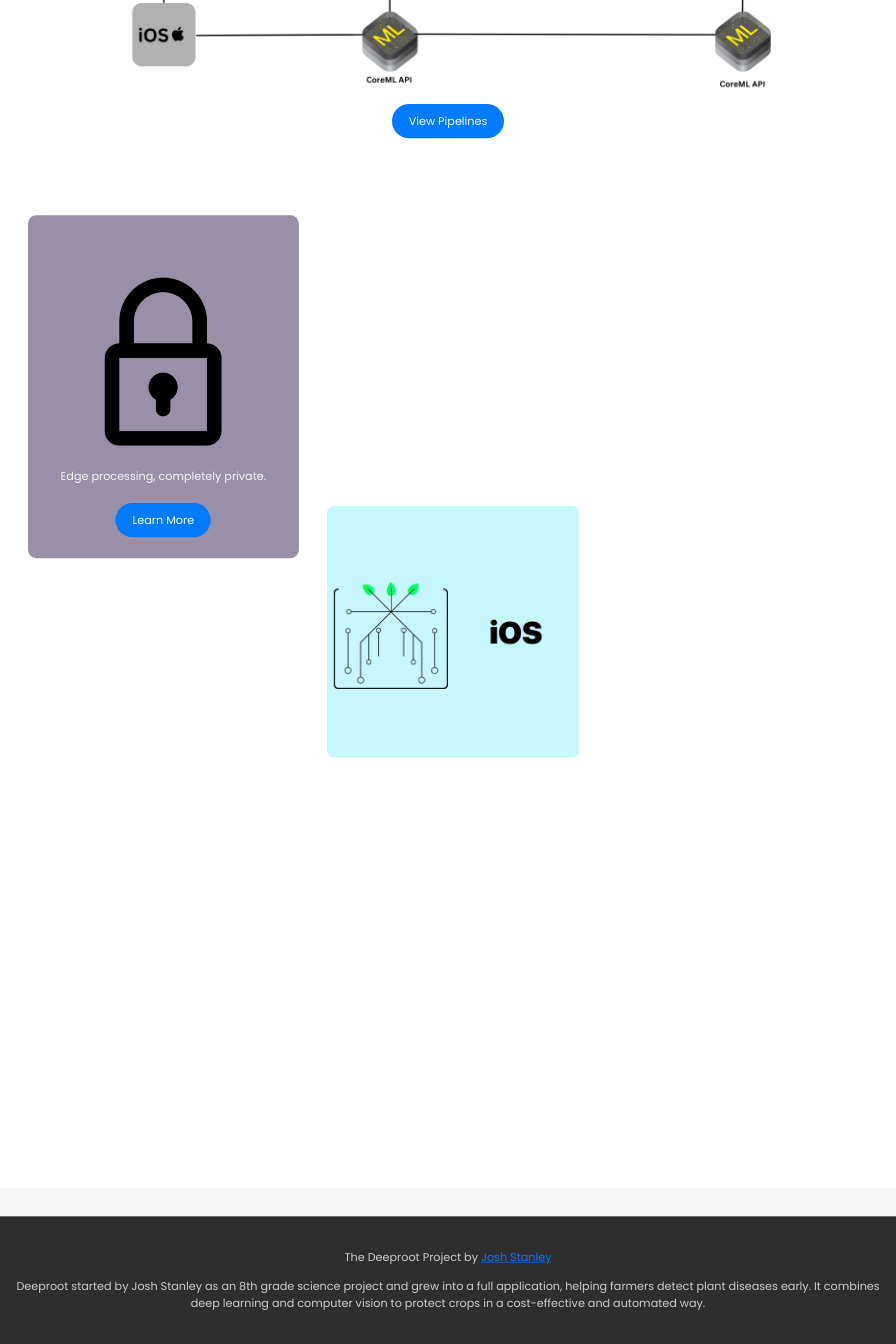
Repository: jss1118/The-Deeproot-Project
Page: Website/index.html
These files come from the project's save history. The page is drawn as it stood at one moment and after the next save; the edit follows.
The browser window is 1280 px wide. The pictures show the part of the page from y = 1642 to 3562 px (the page is 3562 px tall before and 3212 px after), at 70% of full size.

Above is the page before, as saved 2025-03-21 13:23:29.

After the next save:
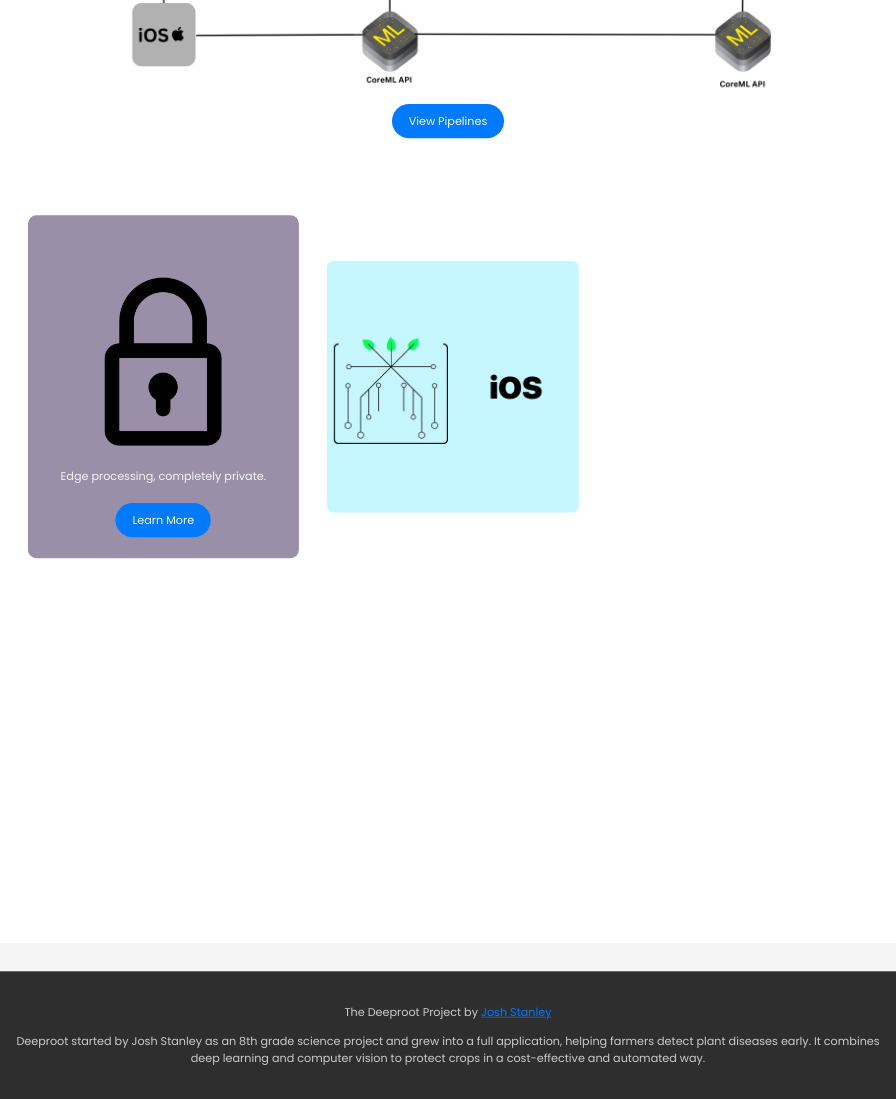
Saved 8 s later.
--- a/Website/index.html
+++ b/Website/index.html
@@ -118,9 +118,7 @@
       background-color: #9a8fa8;
       color: #f5f5f5;
     }
-    .promo2 {
-      height: 800px;
-    }
+
     .promo1 img {
       width: 240px;
       height: auto;
